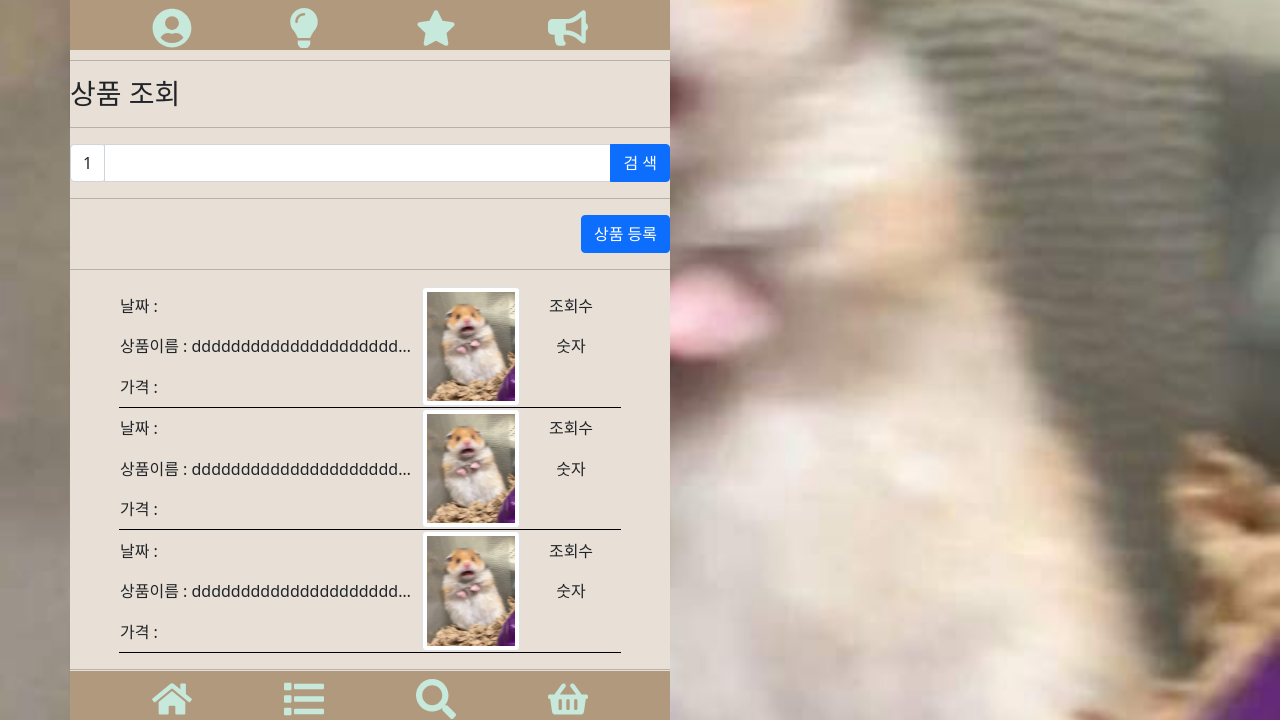
Repository: heegyu97/project
Page: http://localhost/0801_mvc2/WEB-INF/views/guest/productList.jsp
These files come from the project's save history. The page is drawn as it stood at one moment and after the next save; the edit follows.
The browser window is 1280 px wide. The pictures show the whole page.
An inner scrolling area shows only its first screen. Some web libraries are served in a nearby version. The page is served by Tomcat 9. Nobody is signed in. Other server files are loaded and not shown. The template is opened directly, without the code that normally fills it, so the values that code supplies are empty.

Above is the page before, as saved 2022-08-11 08:38:00.

### 0801_mvc2/src/main/webapp/WEB-INF/views/guest/productList.jsp
<%@ page language="java" contentType="text/html; charset=UTF-8"
    pageEncoding="UTF-8"%>
<%@ taglib uri="http://java.sun.com/jsp/jstl/core" prefix="c"%>
<!DOCTYPE html>
<html>
	<head>
		<meta charset="UTF-8">
		<title>냥냥라이프 상품조회 구매자</title>
		<%@ include  file ="/WEB-INF/views/style_link.jsp" %>
		<style type="text/css">
		table{
			margin-left: auto;
			margin-right: auto;
			table-layout: fixed;
		}
		div.pname{
			width: 300px;
			white-space: nowrap;
		 	overflow: hidden;
 			text-overflow: ellipsis;
		}
		a{
			text-decoration : none;
			color: black;
			font-size: 25px;
		}

		</style>
	</head>
	<body>
	<%@ include file="/WEB-INF/views/header.jsp"%>

	<hr>
	<h3>상품 조회</h3>
	<hr>
		<form action="${pageContext.request.contextPath}/home" method="get">
			<div class="input-group">
				<div class="input-group-prepend">
					<select class="form-control" id="searchOption" name="searchOption">
						<option value="pr0_name"
							<c:if test="${search_dto.searchOption == 'pro_name'}">selected="selected"</c:if>
						> 1 </option>
						<option value="m_id"
							<c:if test="${search_dto.searchOption == 'm_id'}">selected="selected"</c:if>
						> 2 </option>
					</select>
				</div>
				<input type="text" class="form-control" id="searchWord" name="searchWord"
						value="${search_dto.searchWord}">
				<div class="input-group-append">
					<button type="submit" class="btn btn-primary"> 검 색 </button>
				</div>
			</div>
		</form>
		<hr>
		<div class="clearfix">
			<a href="${pageContext.request.contextPath}/product/form" >
				<button class="btn btn-primary float-right"> 상품 등록 </button>
			</a>
		</div>
		<hr>


		<table>

			<tbody>
					<c:forEach  begin="1" end="3">
						<tr onclick="location.href='${pageContext.request.contextPath}/guest/detail'" style="cursor: pointer">
							<td width="300px" >날짜 :  </td>
							<td width="100px" rowspan="3">
								<a href="${pageContext.request.contextPath}/guest/detail">
								<img src="${pageContext.request.contextPath}/resources/img/bg.jpeg" class="img-thumbnail ">
								</a>
							</td>
							<td width="100px" style="text-align: center">조회수</td>
						</tr>
						<tr onclick="location.href='${pageContext.request.contextPath}/guest/detail'" style="cursor: pointer">

							<td width="300px">
								<div class="pname">

									상품이름 : ddddddddddddddddddddddddddddddd

								</div>
							</td>
							<td style="text-align: center">숫자</td>
						</tr>
						<tr style="border-bottom: 1px solid black; cursor: pointer" onclick="location.href='${pageContext.request.contextPath}/guest/detail'"><td width="300px" >가격 : </td></tr>
					</c:forEach>

			</tbody>
		</table>

		<hr>
		<%-- 페이징 --%>
		<ul class="pagination">
			<c:if test="${startPageNum > 10}">
				<li class="page-item mx-auto">
					<a class="page-link"
						href="${pageContext.request.contextPath}/product/list?userWantPage=${startPageNum-1}&searchOption=${search_dto.searchOption}&searchWord=${search_dto.searchWord}">
						Previous
					</a>
				</li>
			</c:if>
			<c:forEach var="page_no" begin="${startPageNum}" end="${endPageNum}">
				<c:choose>
					<c:when test="${page_no == userWantPage}">
						<li class="page-item active mx-auto">
							<a class="page-link">${page_no}</a>
						</li>
					</c:when>
					<c:otherwise>
						<li class="page-item mx-auto">
							<a class="page-link"
								href="${pageContext.request.contextPath}/product/list?userWantPage=${page_no}&searchOption=${search_dto.searchOption}&searchWord=${search_dto.searchWord}">
								${page_no}
							</a>
						</li>
					</c:otherwise>
				</c:choose>
			</c:forEach>
			<c:if test="${lastPageNum > endPageNum}">
				<li class="page-item mx-auto">
					<a class="page-link"
						href="${pageContext.request.contextPath}/product/list?userWantPage=${endPageNum+1}&searchOption=${search_dto.searchOption}&searchWord=${search_dto.searchWord}">
						Next
					</a>
				</li>
			</c:if>
		</ul>
		<hr>

		<%@ include file="/WEB-INF/views/footer.jsp"%>
	</body>
</html>

### 0801_mvc2/src/main/webapp/WEB-INF/views/style_link.jsp
<%@ page language="java" contentType="text/html; charset=UTF-8"
    pageEncoding="UTF-8"%>
<%@ taglib uri="http://java.sun.com/jsp/jstl/core" prefix="c" %>

<script
	src="https://ajax.googleapis.com/ajax/libs/jquery/3.6.0/jquery.min.js"></script>
<link rel="stylesheet"
	href="https://cdn.jsdelivr.net/npm/bootstrap@4.6.1/dist/css/bootstrap.min.css">
<script
	src="https://cdn.jsdelivr.net/npm/popper.js@1.16.1/dist/umd/popper.min.js"></script>
<script
	src="https://cdn.jsdelivr.net/npm/bootstrap@4.6.1/dist/js/bootstrap.bundle.min.js"></script>
<!-- ckeditor -->
<script src="//cdn.ckeditor.com/4.19.0/full/ckeditor.js"></script>
<!-- bootstrap to icon -->
<script defer
	src="https://use.fontawesome.com/releases/v5.0.8/js/solid.js"
	integrity="sha384-+Ga2s7YBbhOD6nie0DzrZpJes+b2K1xkpKxTFFcx59QmVPaSA8c7pycsNaFwUK6l"
	crossorigin="anonymous"></script>
<script defer
	src="https://use.fontawesome.com/releases/v5.0.8/js/fontawesome.js"
	integrity="sha384-7ox8Q2yzO/uWircfojVuCQOZl+ZZBg2D2J5nkpLqzH1HY0C1dHlTKIbpRz/LG23c"
	crossorigin="anonymous"></script>
<link
	href="https://cdn.jsdelivr.net/npm/bootstrap@5.0.2/dist/css/bootstrap.min.css"
	rel="stylesheet"
	integrity="sha384-EVSTQN3/azprG1Anm3QDgpJLIm9Nao0Yz1ztcQTwFspd3yD65VohhpuuCOmLASjC"
	crossorigin="anonymous">
<!-- main 기준 공용 -->
<link rel="stylesheet"
	href= "${pageContext.request.contextPath}/resources/E1I3/CSS/style_share.css">
<!-- nav 버튼 사이 거리 조정 -->
<link rel="stylesheet"
	href="${pageContext.request.contextPath}/resources/E1I3/CSS/style_hf.css">

<!-- 0811에 추가 -->
<%@ taglib prefix="fmt" uri="http://java.sun.com/jsp/jstl/fmt" %>

### 0801_mvc2/src/main/webapp/WEB-INF/views/header.jsp
<%@ page language="java" contentType="text/html; charset=UTF-8"
	pageEncoding="UTF-8"%>
<%@ taglib uri="http://java.sun.com/jsp/jstl/core" prefix="c"%>
<div class="container">
	<div class="row">
		<div id="aaa" class="col-lg-6 ">
			<iframe id="bbb" name="adver-frame"
				src="${pageContext.request.contextPath}/adver"></iframe>
		</div>


		<!-- 화면 나누기 :home 화면 오른쪽 : iframe to main -->
		<div id="ccc" class="col-lg-6">
			<!-- footer col6 -->
			<div class="nav">
				<!-- MENU -->
				<section class="servics">
					<div class="icons">
						<div class="child icon1">
							<a class="nav-link" href="${pageContext.request.contextPath}/loginform">
								<i class="fa fa-user-circle" style="width:40px; height:40px; color: #C6E9DC" ></i>
							</a>
						</div>
						<div class="child icon2">
							<a class="nav-link" href="${pageContext.request.contextPath}/tip/tip">
								<i class="fa fa-lightbulb" style="width:40px; height:40px; color: #C6E9DC" ></i>
							</a>
						</div>
						<div class="child icon3">
							<a class="nav-link" href="${pageContext.request.contextPath}/home">
								<i class="fa fa-star" style="width:40px; height:40px; color: #C6E9DC" ></i>
							</a>
						</div>
						<div class="child icon4">
							<a class="nav-link"
								href="${pageContext.request.contextPath}/home"> <i
								class="fa fa-bullhorn" style="width:40px; height:40px; color: #C6E9DC" ></i>
							</a>
						</div>
					</div>
				</section>

			</div>
			<main>
				<!-- 여백 -->
				<h3 style="margin-bottom: 60px"></h3>

### 0801_mvc2/src/main/webapp/WEB-INF/views/footer.jsp
<%@ page language="java" contentType="text/html; charset=UTF-8"
	pageEncoding="UTF-8"%>
<h3 style="margin-top: 60px"></h3>
</main>
<div class="nav" style="bottom: -1px;">
	<!-- MENU -->
	<section class="servics">
		<div class="icons">
			<div class="child icon1">
				<a class="nav-link" href="${pageContext.request.contextPath}/home">
				   <i class="fa fa-home"  style="width:40px; height:40px; color: #C6E9DC" ></i>
				</a>
			</div>
			<div class="child icon2">
				<a class="nav-link" href="${pageContext.request.contextPath}/home">
					<i class="fa fa-list"  style="width:40px; height:40px; color: #C6E9DC" ></i>
				</a>
			</div>
			<div class="child icon3">
				<a class="nav-link" href="${pageContext.request.contextPath}/home">
					<i class="fa fa-search"  style="width:40px; height:40px; color: #C6E9DC" ></i>
				</a>
			</div>
			<div class="child icon4">
				<a class="nav-link" href="${pageContext.request.contextPath}/home">
					<i class="fa fa-shopping-basket"  style="width:40px; height:40px; color: #C6E9DC" ></i>
				</a>
			</div>
		</div>
	</section>

</div>
</div>
<!-- col6 -->
</div>
<!-- row  -->
</div>
<!-- contain  -->

### 0801_mvc2/src/main/webapp/resources/E1I3/CSS/style_share.css
@charset "UTF-8";

.servics{
   width: 100%;
   text-align: center;
}
.icons{
	display: flex;
	justify-content: center;
}
.child{
	text-align: center;
}

main{
	width : 600px;
}
.nav{
		display : inline-block;
		width : 600px;
		height : 50px;
		z-index: 2;
		background-color: #B1997D;
		position: fixed;

}
main{
	width : 600px;
}

body{
	background-image: url('${pageContext.request.contextPath}/resources/img/bg.jpeg');
	background-repeat: no-repeat;
 	background-position: center;
	background-size: cover;
}


#adver-frame {width : 100%;height : 100%}
	@media only screen and (max-width : 1400px ){
	#aaa{
		display: none;
	}

}


#ccc{
	display : inline-block;
  	height: 100vh;
  	background-color : #E8E0D6;
}

::-webkit-scrollbar {
	display: none;
}


#bbb,#ccc {

  	padding: 0px;
  	margin: 0px;
 	overflow: auto;
	width: 600px;
	min-width: 600px;
}
#bbb {
	list-style-type: none;
  	height: 100%;
 	position: fixed;
}

### 0801_mvc2/src/main/webapp/resources/E1I3/CSS/style_hf.css
@charset "UTF-8";

.icon1, .icon2, .icon3{
	margin-right: 10%;
}

After the next save:
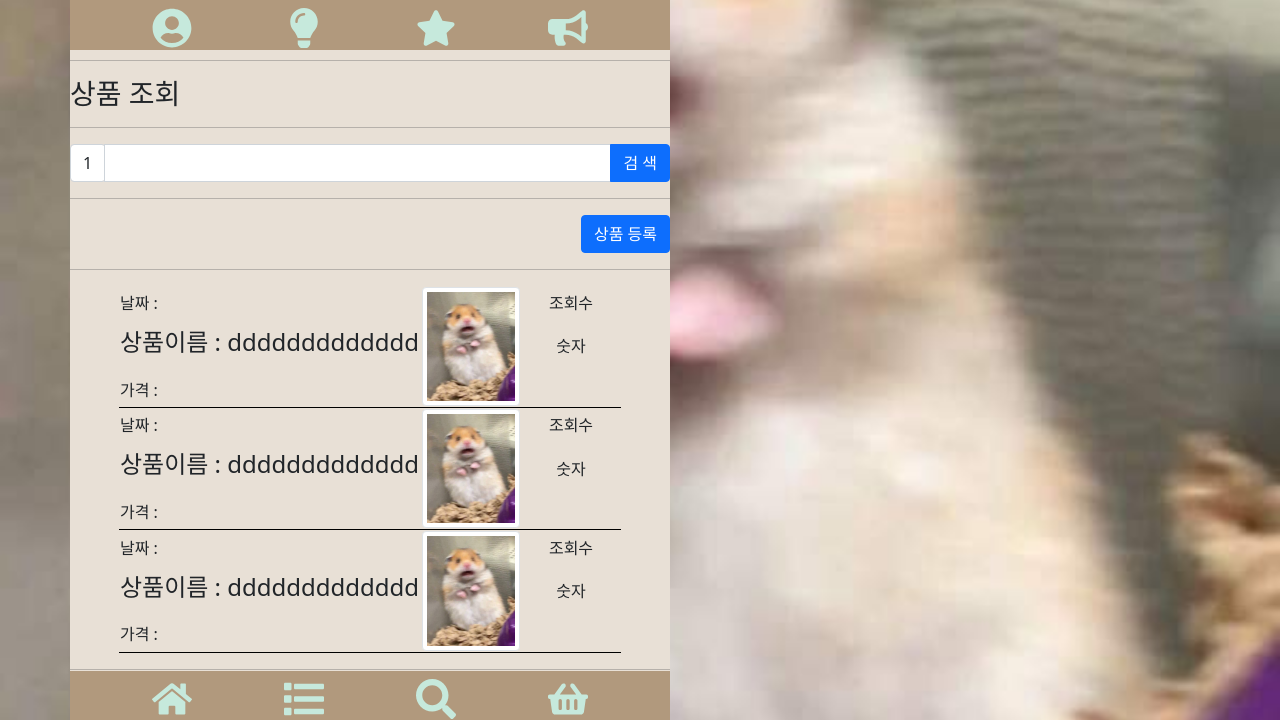
Saved 17 s later.
--- a/0801_mvc2/src/main/webapp/WEB-INF/views/guest/productList.jsp
+++ b/0801_mvc2/src/main/webapp/WEB-INF/views/guest/productList.jsp
@@ -78,8 +78,9 @@
 
 							<td width="300px">
 								<div class="pname">
-
+								<h4>
 									상품이름 : ddddddddddddddddddddddddddddddd
+								</h4>
 
 								</div>
 							</td>
